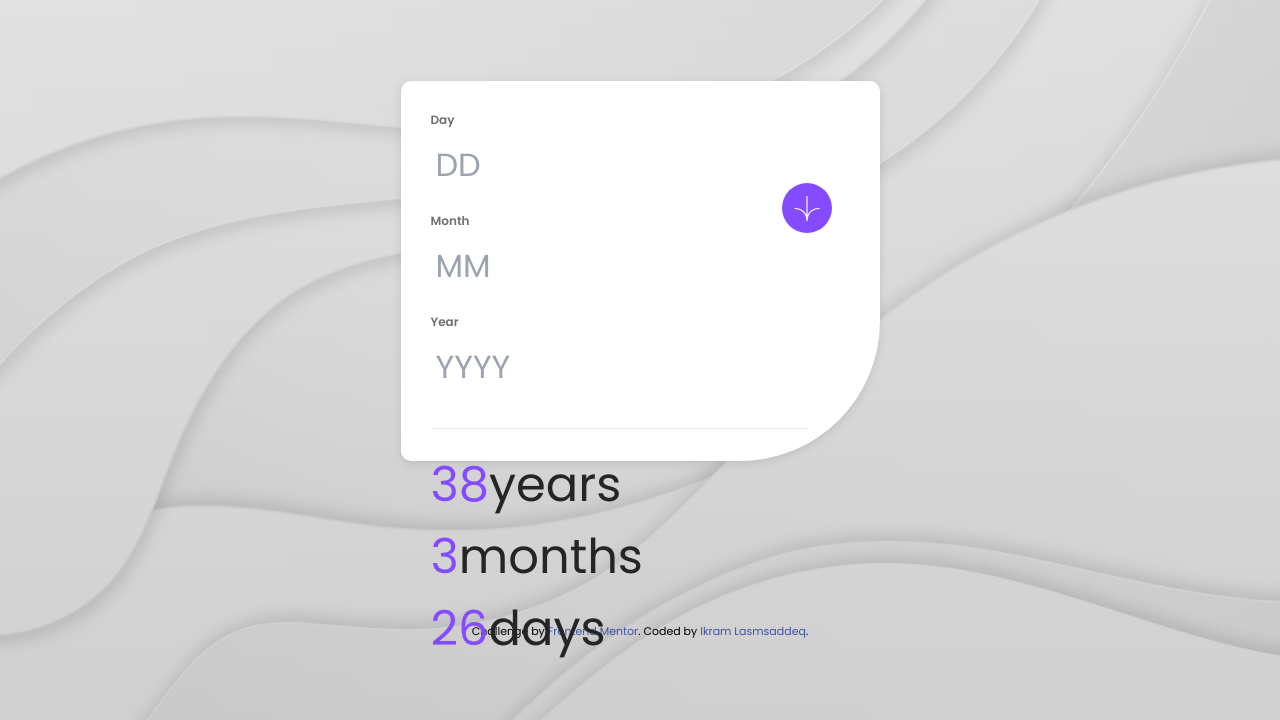
Repository: ikram-lisa/age-display
Page: /
The author's editor kept a copy of each file at every save. The page is drawn from the files as they stood at one save, then again after the next save.
The browser window is 1280 px wide. The pictures show the whole page.
Some web libraries are served in a nearby version. The project was rebuilt for these pictures with package versions that can differ from the ones it lists, and the page was loaded fresh each time.

Above is the page before, as saved 2024-05-01 00:42:41.

### index.html
<!DOCTYPE html>
<html lang="en">
  <head>
    <meta charset="UTF-8" />
    <meta name="viewport" content="width=device-width, initial-scale=1.0" />
    <!-- displays site properly based on user's device -->
    <link href="https://cdn.tailwindcss.com" rel="stylesheet" />
    <link rel="stylesheet" href="./css/style.scss" />
    <link
      rel="icon"
      type="image/png"
      sizes="32x32"
      href="./assets/images/favicon-32x32.png"
    />

    <title>Frontend Mentor | Age calculator app</title>
    <style>
      .attribution {
        font-size: 11px;
        text-align: center;
      }
      .attribution a {
        color: hsl(228, 45%, 44%);
      }
    </style>
  </head>
  <!-- <script type="module" src="js/script.js"></script> -->
  <body>
    <section class="calculator">
      <header>
        <form class="form" action="">
          <div class="formInput active error">
            <label for="day">Day</label>
            <input
              type="text"
              class="day"
              id="day"
              type="number"
              placeholder="DD"
              required
              minlength="4"
              maxlength="8"
              size="10"
            />
          </div>

          <div class="formInput active error">
            <label for="month">Month</label>
            <input
              type="text"
              class="month"
              id="month"
              type="number"
              placeholder="MM"
              required
              minlength="4"
              maxlength="8"
              size="10"
            />
          </div>

          <div class="formInput active error">
            <label for="year">Year</label>
            <input
              type="text"
              class="year"
              id="year"
              type="number"
              placeholder="YYYY"
              required
              minlength="4"
              maxlength="8"
              size="10"
            />
          </div>
        </form>
      </header>

      <button class="submit">
        <img src="./assets/images/icon-arrow.svg" alt="submit" />
      </button>

      <hr class="separator" />
      <div class="result">
        <p class="years"><span>38</span>years</p>
        <p class="month"><span>3</span>months</p>
        <p class="days"><span>26</span>days</p>
      </div>
    </section>
    <footer>
      <div class="attribution">
        Challenge by
        <a href="https://www.frontendmentor.io?ref=challenge" target="_blank"
          >Frontend Mentor</a
        >. Coded by <a href="#">Ikram Lasmsaddeq</a>.
      </div>
    </footer>
  </body>
</html>

### css/style.scss
@use "./base/variable" as *;
@use "./base/font.scss" as *;

@tailwind base;
@tailwind components;
@tailwind utilities;

* {
  margin: 0;
  padding: 0;
  box-sizing: border-box;
}
body {
  height: 100vh;
  background: linear-gradient(
      rgba(196, 196, 196, 0.5),
      rgba(161, 161, 161, 0.5)
    ),
    url("../images/background.jpg");
  background-size: cover;
  background-position: center;
  background-repeat: no-repeat;
  font-size: 32px;
  font-family: "Poppins", sans-serif;
  display: grid;
  place-items: center;
}
.calculator {
  width: 35%;
  min-width: 479px;
  height: 380px;
  background-color: white;
  border-radius: 10px 10px 140px 10px;
  box-shadow: rgba(99, 99, 99, 0.2) 0px 2px 8px 0px;
  position: relative;
  display: flex;
  flex-direction: column;
  padding: 30px;
  .form {
    display: flex;
    flex-wrap: wrap;
    margin-bottom: 30px;
    gap: 16px;
    .formInput {
      display: flex;
      flex-direction: column;

      label {
        font-size: 12px;
        font-weight: 600;
        margin-bottom: 5px;
        color: $smokeyGrey;
      }
      input[type="text"] {
        border: 1 solid rgb(217, 217, 217);
        padding: 7px 5px;
        outline: none;
      }
    }
  }
  .submit {
    width: 50px;
    height: 50px;
    border-radius: 50%;
    display: flex;
    justify-content: center;
    align-items: center;
    background-color: $purple;
    color: white;
    border: none;
    padding: 10px;
    position: absolute;
    top: 27%;
    right: 10%;
    cursor: pointer;
    transition: all 0.3s;

    &:hover {
      background-color: darken($purple, 10%);
    }
    img {
      width: 25px;
      height: 25px;
      display: block;
      min-width: 30px;
    }
  }

  .separator {
    width: 90%;
    height: 1px;
    background-color: rgb(209, 209, 209);
  }
  .result {
    margin-top: 20px;
    .years,
    .month,
    .days {
      font-size: 48px;
      color: #252525;
      font-weight: 800i;
      span {
        color: $purple;
      }
    }
  }
}

@media (max-width: 375px) {
}
@media (max-width: 768px) {
}
@media (max-width: 1440px) {
}

### css/base/_variable.scss
// Primary

$purple: hsl(259, 100%, 65%);
$lightRed: hsl(0, 100%, 67%);

// Neutral

$white: hsl(0, 0%, 100%);
$offWhite: hsl(0, 0%, 94%);
$lightGrey: hsl(0, 0%, 86%);
$smokeyGrey: hsl(0, 1%, 44%);
$offBlack: hsl(0, 0%, 8%);

### css/base/_font.scss
@import url("https://fonts.googleapis.com/css2?family=Montserrat:ital,wght@0,100..900;1,100..900&family=Open+Sans:ital,wght@0,400;0,600;0,700;0,800;1,400;1,700;1,800&family=Poppins:ital,wght@0,200;0,300;0,400;0,500;0,600;0,700;0,800;0,900;1,100;1,200;1,300;1,400;1,500;1,600;1,700;1,800;1,900&display=swap");

Loaded but not shown: tailwind.config.js (1075 lines, source omitted)

After the next save:
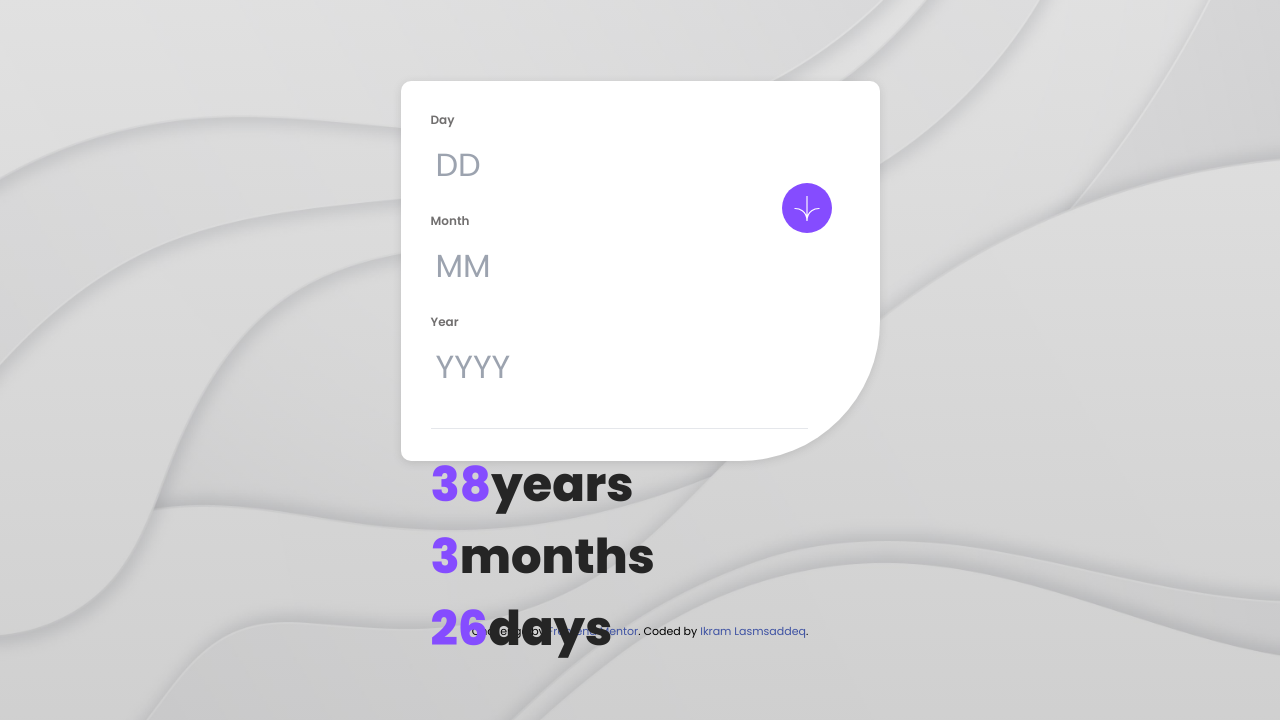
Saved 15 s later.
--- a/css/style.scss
+++ b/css/style.scss
@@ -98,7 +98,7 @@ body {
     .days {
       font-size: 48px;
       color: #252525;
-      font-weight: 800i;
+      font-weight: 800;
       span {
         color: $purple;
       }
